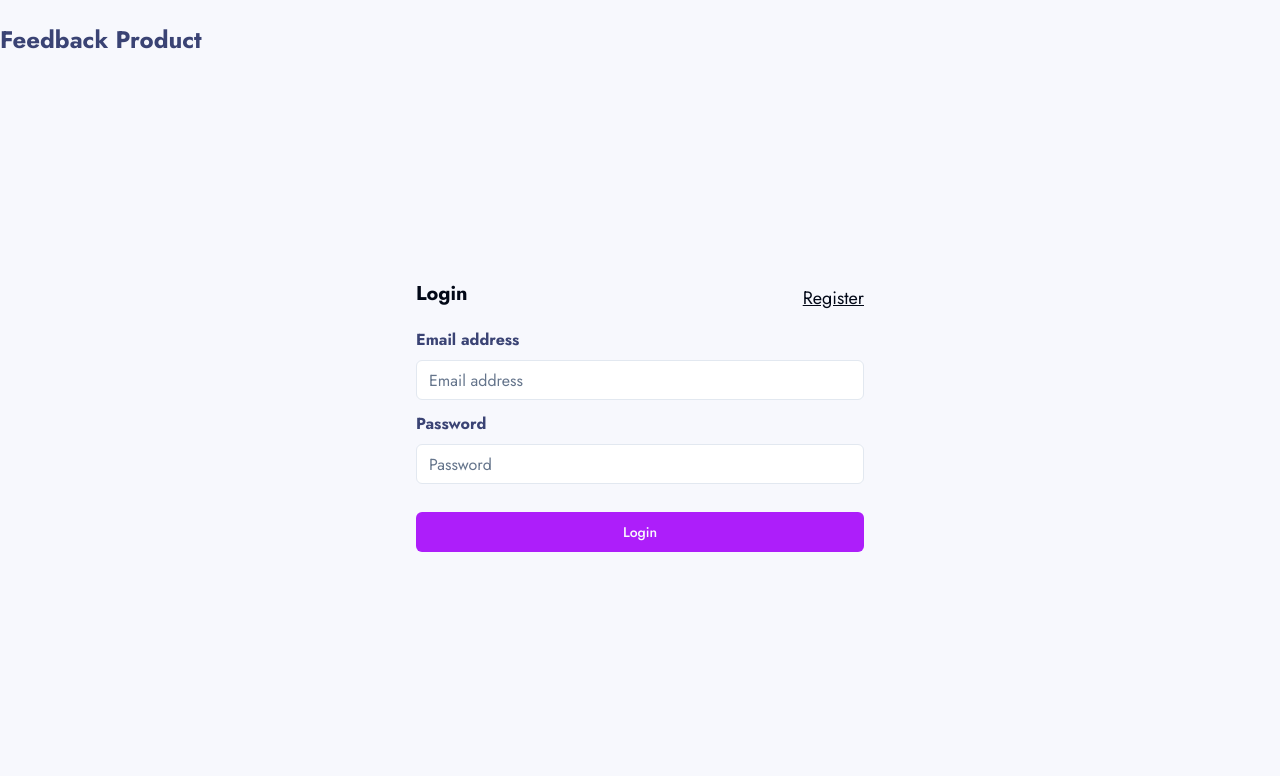
Repository: KornelJanczak/product-feedback-app
Page: /login
These files come from the project's save history. The page is drawn as it stood at one moment and after the next save; the edit follows.
The browser window is 1280 px wide. The pictures show the whole page.
The page's requests for data from a server got no answer. The project was rebuilt for these pictures with package versions that can differ from the ones it lists, and the page was loaded fresh each time. The framework's server and built-in components were replaced by stand-ins that run in the browser. No one was signed in, and anything a server would have sent is missing. Also part of the build but not shown: next.config.js, next.config.mjs.

Above is the page before, as saved 2024-01-28 19:57:02.

### app/layout.tsx
import type { Metadata } from "next";
import { Jost } from "next/font/google";
import { Toaster } from "sonner";
import "./globals.css";
import { authOptions } from "@/app/api/auth/[...nextauth]/options";
import { getServerSession } from "next-auth";
import AuthProvider from "@/providers/session-provider";

export const jost = Jost({
  subsets: ["latin"],
});

export const metadata: Metadata = {
  title: "Product Feedback",
  description: "Create your own section!",
};

export default async function RootLayout({
  children,
}: Readonly<{
  children: React.ReactNode;
}>) {
  const session = await getServerSession(authOptions);

  return (
    <html lang="en">
      <body
        className={`${jost.className} bg-darkWhite`}
        suppressHydrationWarning={true}
      >
        <AuthProvider session={session}>
          <Toaster position="top-center" />
          {children}
        </AuthProvider>
      </body>
    </html>
  );
}

### app/(auth)/layout.tsx
import { ReactNode } from "react";

export default function Layout({ children }: { children: ReactNode }) {
  return (
    <>
      <header className="container text-2xl font-bold text-secondDark pt-6">
        <h2>Feedback Product</h2>
      </header>
      {children}
    </>
  );
}

### app/(auth)/login/page.tsx
import LoginForm from "../_components/login-form";

export default function LoginPage() {
  return <LoginForm />;
}

### app/globals.css
@tailwind base;
@tailwind components;
@tailwind utilities;

* {
  margin: 0;
  padding: 0;
}

@layer base {
  :root {
    --background: 0 0% 100%;
    --foreground: 222.2 84% 4.9%;

    --card: 0 0% 100%;
    --card-foreground: 222.2 84% 4.9%;

    --popover: 0 0% 100%;
    --popover-foreground: 222.2 84% 4.9%;

    --primary: 222.2 47.4% 11.2%;
    --primary-foreground: 210 40% 98%;

    --secondary: 210 40% 96.1%;
    --secondary-foreground: 222.2 47.4% 11.2%;

    --muted: 210 40% 96.1%;
    --muted-foreground: 215.4 16.3% 46.9%;

    --accent: 210 40% 96.1%;
    --accent-foreground: 222.2 47.4% 11.2%;

    --destructive: 0 84.2% 60.2%;
    --destructive-foreground: 210 40% 98%;

    --border: 214.3 31.8% 91.4%;
    --input: 214.3 31.8% 91.4%;
    --ring: 222.2 84% 4.9%;

    --radius: 0.5rem;
  }

  .dark {
    --background: 222.2 84% 4.9%;
    --foreground: 210 40% 98%;

    --card: 222.2 84% 4.9%;
    --card-foreground: 210 40% 98%;

    --popover: 222.2 84% 4.9%;
    --popover-foreground: 210 40% 98%;

    --primary: 210 40% 98%;
    --primary-foreground: 222.2 47.4% 11.2%;

    --secondary: 217.2 32.6% 17.5%;
    --secondary-foreground: 210 40% 98%;

    --muted: 217.2 32.6% 17.5%;
    --muted-foreground: 215 20.2% 65.1%;

    --accent: 217.2 32.6% 17.5%;
    --accent-foreground: 210 40% 98%;

    --destructive: 0 62.8% 30.6%;
    --destructive-foreground: 210 40% 98%;

    --border: 217.2 32.6% 17.5%;
    --input: 217.2 32.6% 17.5%;
    --ring: 212.7 26.8% 83.9%;
  }
}

@layer base {
  * {
    @apply border-border;
  }
  body {
    @apply bg-background text-foreground;
  }
}

### app/api/auth/[...nextauth]/options.ts
import NextAuth, { NextAuthOptions } from "next-auth";
import GithubProvider from "next-auth/providers/github";
import CredentialsProvider from "next-auth/providers/credentials";
import { PrismaAdapter } from "@next-auth/prisma-adapter";
import bcryptjs from "bcryptjs";
import prisma from "@/lib/db";

export const authOptions: NextAuthOptions = {
  adapter: PrismaAdapter(prisma),
  session: {
    strategy: "jwt",
  },
  secret: process.env.NEXTAUTH_SECRET,
  pages: {
    signIn: "/login",
  },
  providers: [
    GithubProvider({
      clientId: process.env.GITHUB_ID as string,
      clientSecret: process.env.GITHUB_SECRET as string,
    }),
    CredentialsProvider({
      name: "credentials",
      credentials: {},
      async authorize(credentials) {
        try {
          const { email, password } = credentials as {
            email: string;
            password: string;
          };

          console.log(email, password);
          const user = await prisma?.user.findFirst({
            where: {
              email,
            },
          });

          if (!user) return null;

          const passwordMatch = await bcryptjs.compare(
            password,
            user.password as string
          );

          if (!passwordMatch) return null;

          return user;
        } catch {
          return null;
        }
      },
    }),
  ],
  callbacks: {
    async signIn({ user, account }) {
      if (account?.provider == "credentials") return user;

      if (account?.provider === "github") {
        try {
          const existingUser = await prisma.user.findFirst({
            where: {
              email: user.email as string,
            },
          });

          if (existingUser) return existingUser;

          const newUser = await prisma.user.create({
            data: {
              userName: user.name!,
              email: user.email!,
            },
          });

          return newUser as any;
        } catch {
          return false;
        }
      }
    },
    async jwt({ token }) {
      const dbUser = await prisma.user.findFirst({
        where: {
          email: token.email as string,
        },
      });

      if (!dbUser) return token;

      return {
        id: dbUser.id,
        email: dbUser.email,
        name: dbUser.userName,
      };
    },

    async session({ token, session }) {
      if (token) {
        return {
          ...session,
          user: {
            email: token.email,
            name: token.name,
            id: token.id,
          },
        };
      }
      return session;
    },
    async redirect({ url, baseUrl }) {
      // if (url.startsWith("/")) return `${baseUrl}`;
      // // Allows callback URLs on the same origin
      // else if (new URL(url).origin === baseUrl) return baseUrl;
      // return baseUrl;
      return "/";
    },
  },
};

export default NextAuth(authOptions);

### providers/session-provider.tsx
"use client";
import { SessionProvider } from "next-auth/react";
import { ReactNode } from "react";
export default function AuthProvider({
  children,
  session,
}: {
  children: ReactNode;
  session: any;
}) {
  return <SessionProvider session={session}>{children}</SessionProvider>;
}

### app/(auth)/_components/login-form.tsx
"use client";
import { zodResolver } from "@hookform/resolvers/zod";
import { useForm, SubmitHandler } from "react-hook-form";
import {
  Form,
  FormControl,
  FormField,
  FormItem,
  FormLabel,
  FormMessage,
} from "@/components/ui/form";
import { Input } from "@/components/ui/input";
import * as z from "zod";
import { useRouter } from "next/navigation";
import SubmitBtn from "./submit-btn";
import { signIn } from "next-auth/react";
import { useState } from "react";
import { toast } from "sonner";
import { loginFormSchema } from "@/models/@auth-schema";

export default function LoginForm() {
  const router = useRouter();
  const [pending, setPending] = useState<boolean>(false);

  type Inputs = z.infer<typeof loginFormSchema>;

  const form = useForm<z.infer<typeof loginFormSchema>>({
    resolver: zodResolver(loginFormSchema),
    defaultValues: {
      email: "",
      password: "",
    },
  });

  const processForm: SubmitHandler<Inputs> = async (data) => {
    setPending(true);
    try {
      await signIn("credentials", data);
      toast.success("You are logged!");
    } catch {
      toast.error("Something went wrong");
    } finally {
      setPending(false);
    }
  };

  return (
    <section className="container h-screen flex items-center justify-center ">
      <Form {...form}>
        <form
          className="max-w-md w-full"
          onSubmit={form.handleSubmit(processForm)}
        >
          <div className="flex justify-between items-center">
            <h3 className="font-bold text-xl pb-2">Login</h3>
            <span
              className="text-lg cursor-pointer underline hover:text-pink hover:transition duration-300"
              onClick={() => router.push("/register")}
            >
              Register
            </span>
          </div>
          <FormField
            control={form.control}
            name="email"
            render={({ field }) => (
              <FormItem className="pt-2 md:pt-3">
                <FormLabel className="md:text-base">Email address</FormLabel>
                <FormControl>
                  <Input
                    placeholder="Email address"
                    {...field}
                    className="md:text-base"
                    type="email"
                    required
                  />
                </FormControl>
                <FormMessage className="md:text-base" />
              </FormItem>
            )}
          />
          <FormField
            control={form.control}
            name="password"
            render={({ field }) => (
              <FormItem className="pt-2 md:pt-3">
                <FormLabel className="md:text-base">Password</FormLabel>
                <FormControl>
                  <Input
                    placeholder="Password"
                    {...field}
                    className="md:text-base"
                    type="password"
                    required
                  />
                </FormControl>
                <FormMessage className="md:text-base" />
              </FormItem>
            )}
          />
          <SubmitBtn pending={pending}>Login</SubmitBtn>
        </form>
      </Form>
    </section>
  );
}

### components/ui/input.tsx
import * as React from "react";

import { cn } from "@/lib/utils";

export interface InputProps
  extends React.InputHTMLAttributes<HTMLInputElement> {}

const Input = React.forwardRef<HTMLInputElement, InputProps>(
  ({ className, type, ...props }, ref) => {
    return (
      <input
        type={type}
        className={cn(
          "hover:border-blue focus:border-transparent text-grey flex h-10 w-full rounded-md border border-input bg-background px-3 py-2 text-sm ring-offset-background file:border-0 file:bg-transparent file:text-sm file:font-medium placeholder:text-muted-foreground focus-visible:outline-none focus-visible:ring-2 focus-visible:ring-ring focus-visible:ring-offset-2 disabled:cursor-not-allowed disabled:opacity-50",
          className
        )}
        ref={ref}
        {...props}
      />
    );
  }
);
Input.displayName = "Input";

export { Input };

### app/(auth)/_components/submit-btn.tsx
"use client";
import React from "react";
import ClipLoader from "react-spinners/ClipLoader";
import { Button } from "@/components/ui/button";
import { ReactNode } from "react";

interface SubmitBtnProps {
  className?: string;
  pending?: boolean;
  children: ReactNode;
}

const SubmitBtn: React.FC<SubmitBtnProps> = React.memo(
  ({ className, children, pending }) => {
    return (
      <Button
        className={`mt-5 w-full bg-pink hover:opacity-70 hover:bg-pink hover:transition duration-300 lg:mt-7 ${className}`}
        type="submit"
        aria-disabled={pending}
      >
        {pending ? <ClipLoader size={24} color="#3A4374" /> : children}
      </Button>
    );
  }
);

SubmitBtn.displayName = "SubmitBtn";

export default SubmitBtn;

### models/@auth-schema.ts
import * as z from "zod";

const validation = {
  email: z.string().email({ message: "Email must contain @ symbol." }),
  password: z
    .string()
    .min(5, { message: "Password must contain at lesat 5 symbol" })
    .regex(/[A-Z]/, {
      message: "Password must contain at least one uppercase letter.",
    })
    .regex(/[a-z]/, {
      message: "Password must contain at least one lowercase letter.",
    })
    .regex(/[0-9]/, { message: "Password must contain at least one digit." })
    .regex(/[@#$%^&+=!]/, {
      message: "Password must contain at least one special character.",
    }),
};

export const registerFormSchema = z
  .object({
    username: z.string().min(2, {
      message: "Username must be at least 2 characters.",
    }),
    ...validation,
    repeatPassword: z.string(),
  })
  .refine((data) => data.password === data.repeatPassword, {
    message: "Passwords do not match.",
  });

export const loginFormSchema = z.object({ ...validation });

### components/ui/label.tsx
"use client"

import * as React from "react"
import * as LabelPrimitive from "@radix-ui/react-label"
import { cva, type VariantProps } from "class-variance-authority"

import { cn } from "@/lib/utils"

const labelVariants = cva(
  "text-sm font-medium leading-none peer-disabled:cursor-not-allowed peer-disabled:opacity-70"
)

const Label = React.forwardRef<
  React.ElementRef<typeof LabelPrimitive.Root>,
  React.ComponentPropsWithoutRef<typeof LabelPrimitive.Root> &
    VariantProps<typeof labelVariants>
>(({ className, ...props }, ref) => (
  <LabelPrimitive.Root
    ref={ref}
    className={cn(labelVariants(), className, "text-secondDark font-bold")}
    {...props}
  />
))
Label.displayName = LabelPrimitive.Root.displayName

export { Label }

### components/ui/button.tsx
import * as React from "react";
import { Slot } from "@radix-ui/react-slot";
import { cva, type VariantProps } from "class-variance-authority";

import { cn } from "@/lib/utils";

const buttonVariants = cva(
  "inline-flex items-center justify-center whitespace-nowrap rounded-md text-sm font-medium ring-offset-background transition-colors focus-visible:outline-none focus-visible:ring-2 focus-visible:ring-ring focus-visible:ring-offset-2 disabled:pointer-events-none disabled:opacity-50",
  {
    variants: {
      variant: {
        default: "bg-primary text-primary-foreground hover:bg-primary/90",
        destructive:
          "bg-destructive text-destructive-foreground hover:bg-destructive/90",
        outline:
          "border border-input bg-background hover:bg-accent hover:text-accent-foreground",
        secondary:
          "bg-secondary text-secondary-foreground hover:bg-secondary/80",
        ghost: "hover:bg-accent hover:text-accent-foreground",
        link: "text-primary underline-offset-4 hover:underline",
      },
      size: {
        default: "h-10 px-4 py-2",
        sm: "h-9 rounded-md px-3",
        lg: "h-11 rounded-md px-8",
        icon: "h-10 w-10",
      },
    },
    defaultVariants: {
      variant: "default",
      size: "default",
    },
  }
);

export interface ButtonProps
  extends React.ButtonHTMLAttributes<HTMLButtonElement>,
    VariantProps<typeof buttonVariants> {
  asChild?: boolean;
}

const Button = React.forwardRef<HTMLButtonElement, ButtonProps>(
  ({ className, variant, size, asChild = false, ...props }, ref) => {
    const Comp = asChild ? Slot : "button";
    return (
      <Comp
        className={cn(buttonVariants({ variant, size, className }))}
        ref={ref}
        {...props}
      />
    );
  }
);
Button.displayName = "Button";

export { Button, buttonVariants };

### tailwind.config.ts
import type { Config } from "tailwindcss";

const config = {
  darkMode: ["class"],
  content: [
    "./pages/**/*.{ts,tsx}",
    "./components/**/*.{ts,tsx}",
    "./app/**/*.{ts,tsx}",
    "./src/**/*.{ts,tsx}",
  ],
  prefix: "",
  theme: {
    container: {
      center: true,
      padding: {
        // DEFAULT: "2rem",
        sm: "2rem",
        md: "2rem",
        lg: "4rem",
        xl: "5rem",
        "2xl": "6rem",
      },
      screens: {
        default: "1400px",
        "2xl": "1400px",
      },
    },
    extend: {
      // fontFamily: {
      //   jost: ["var(--jost)"],
      //   ...fontFamily.jost,
      // },
      colors: {
        border: "hsl(var(--border))",
        input: "hsl(var(--input))",
        ring: "hsl(var(--ring))",
        background: "hsl(var(--background))",
        foreground: "hsl(var(--foreground))",
        primary: {
          DEFAULT: "hsl(var(--primary))",
          foreground: "hsl(var(--primary-foreground))",
        },
        secondary: {
          DEFAULT: "hsl(var(--secondary))",
          foreground: "hsl(var(--secondary-foreground))",
        },
        destructive: {
          DEFAULT: "hsl(var(--destructive))",
          foreground: "hsl(var(--destructive-foreground))",
        },
        muted: {
          DEFAULT: "hsl(var(--muted))",
          foreground: "hsl(var(--muted-foreground))",
        },
        accent: {
          DEFAULT: "hsl(var(--accent))",
          foreground: "hsl(var(--accent-foreground))",
        },
        popover: {
          DEFAULT: "hsl(var(--popover))",
          foreground: "hsl(var(--popover-foreground))",
        },
        card: {
          DEFAULT: "hsl(var(--card))",
          foreground: "hsl(var(--card-foreground))",
        },
        pink: "#AD1EFA",
        blue: "#4661E6",
        lighterBlue: "#62BCFA",
        dark: "rgb(55, 63, 104)",
        secondDark: "#3A4374",
        grey: "#647196",
        orange: "#F49F85",
        basicWhite: "#ffffff",
        middleWhite: "#F2F4FF",
        darkWhite: "#F7F8FD",
      },
      borderRadius: {
        lg: "var(--radius)",
        md: "calc(var(--radius) - 2px)",
        sm: "calc(var(--radius) - 4px)",
      },
      keyframes: {
        "accordion-down": {
          from: { height: "0" },
          to: { height: "var(--radix-accordion-content-height)" },
        },
        "accordion-up": {
          from: { height: "var(--radix-accordion-content-height)" },
          to: { height: "0" },
        },
      },
      animation: {
        "accordion-down": "accordion-down 0.2s ease-out",
        "accordion-up": "accordion-up 0.2s ease-out",
      },
    },
  },
  plugins: [require("tailwindcss-animate")],
} satisfies Config;

export default config;

Loaded but not shown: lib/db.ts (common file); lib/utils.ts (common file); components/ui/form.tsx (176 lines, source omitted)

After the next save:
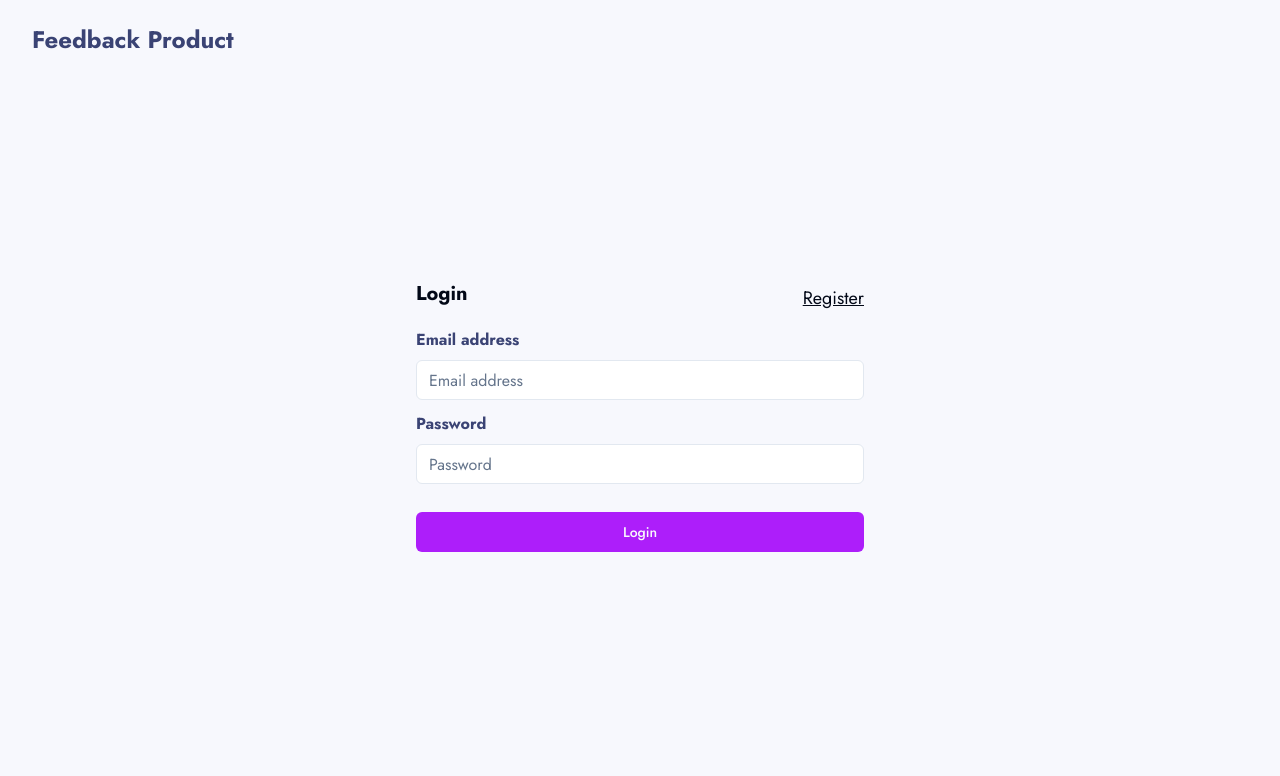
Saved 5 s later.
--- a/tailwind.config.ts
+++ b/tailwind.config.ts
@@ -13,7 +13,7 @@
     container: {
       center: true,
       padding: {
-        // DEFAULT: "2rem",
+        DEFAULT: "2rem",
         sm: "2rem",
         md: "2rem",
         lg: "4rem",

After the 4 saves that followed:
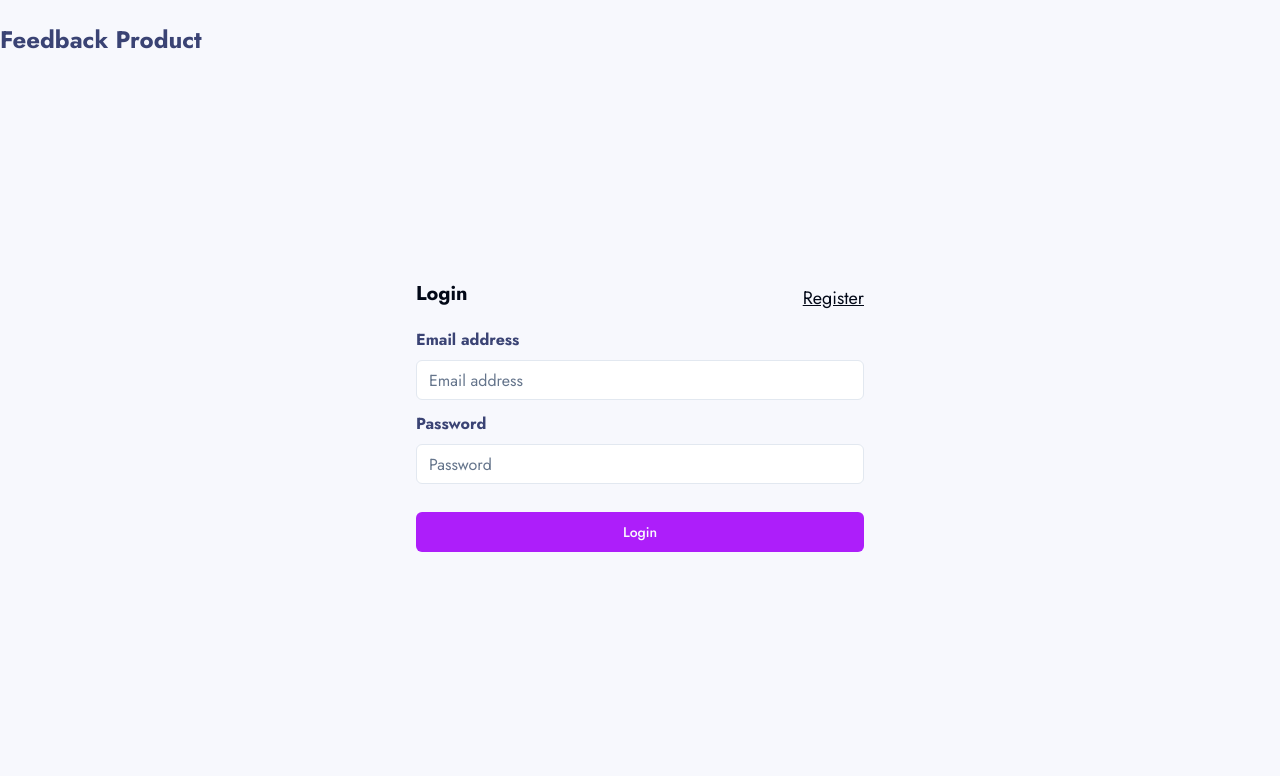
The 4 saves are shown as one change because 1 left the picture as it was and some came seconds apart.
The last was saved 19 s later.
--- a/tailwind.config.ts
+++ b/tailwind.config.ts
@@ -13,8 +13,8 @@
     container: {
       center: true,
       padding: {
-        DEFAULT: "2rem",
-        sm: "2rem",
+        // DEFAULT: "2rem",
+        sm: "1rem",
         md: "2rem",
         lg: "4rem",
         xl: "5rem",
